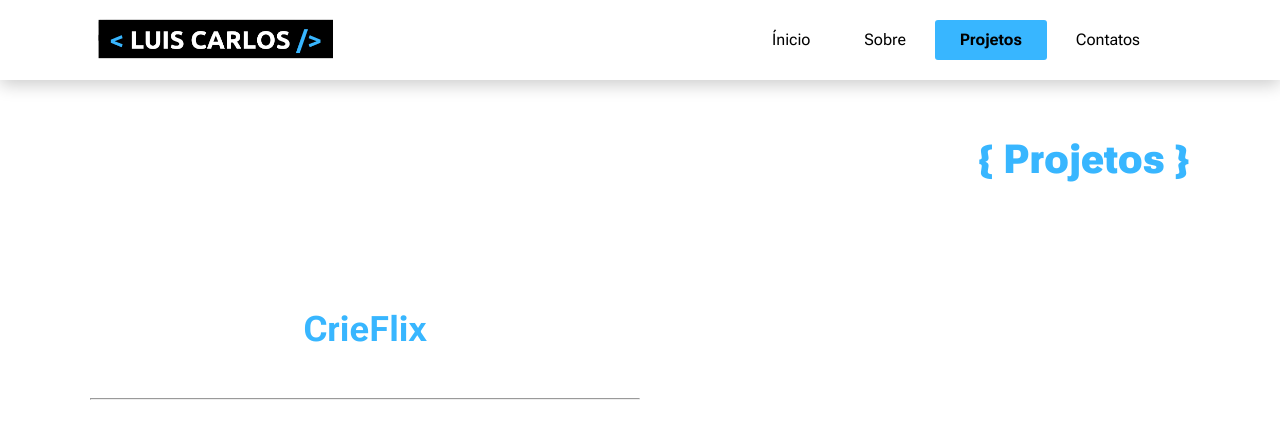
Repository: Iluiscarlos/SitePortifolio
Page: projects.html
The author's editor kept a copy of each file at every save. The page is drawn from the files as they stood at one save, then again after the next save.
The browser window is 1280 px wide. The pictures show the whole page.
Some web libraries are served in a nearby version.

Above is the page before, as saved 2022-05-25 21:17:41.

After the next save:
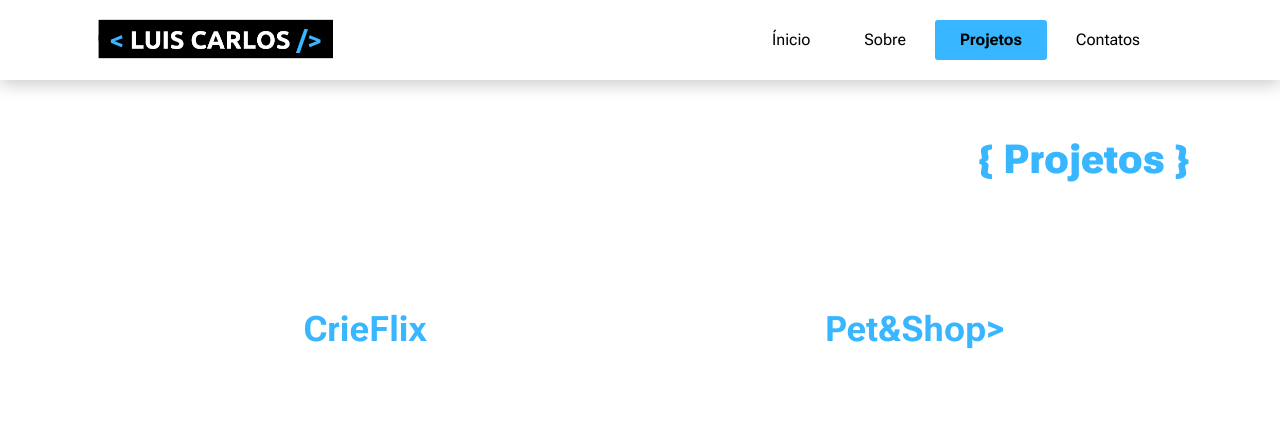
Saved 2 min 19 s later.
--- a/projects.html
+++ b/projects.html
@@ -39,8 +39,9 @@
         <section class="projects">
             <div class="projects__list">
                 <b class="bold__blue">CrieFlix</b>
-                <hr>
             </div>
+            <div class="projects__list">
+                <b class="bold__blue">Pet&Shop></b>
             <div class="projects__description">
 
             </div>
